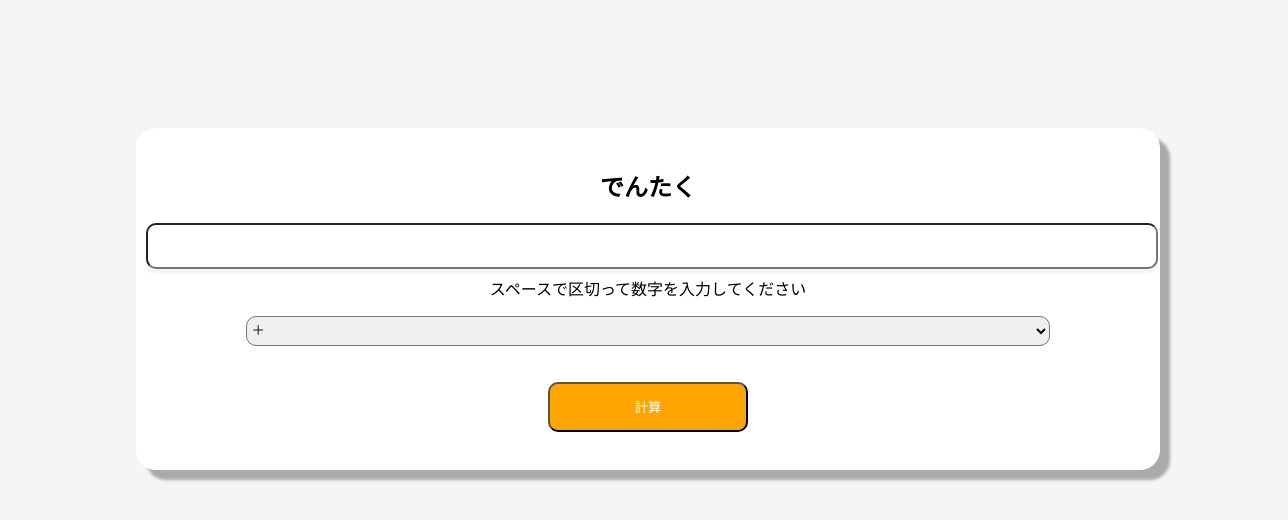
Repository: yuuukihara/test2
Page: http://localhost/dentaku2/
The author's editor kept a copy of each file at every save. The page is drawn from the files as they stood at one save, then again after the next save.
The browser window is 1280 px wide. The page is 1288 px wide, so the pictures cover 1288 px, including what lies to the right of the window. The pictures show the whole page.
The page is served by Tomcat 9.

Above is the page before, as saved 2018-09-10 06:00:23.

After the next save:
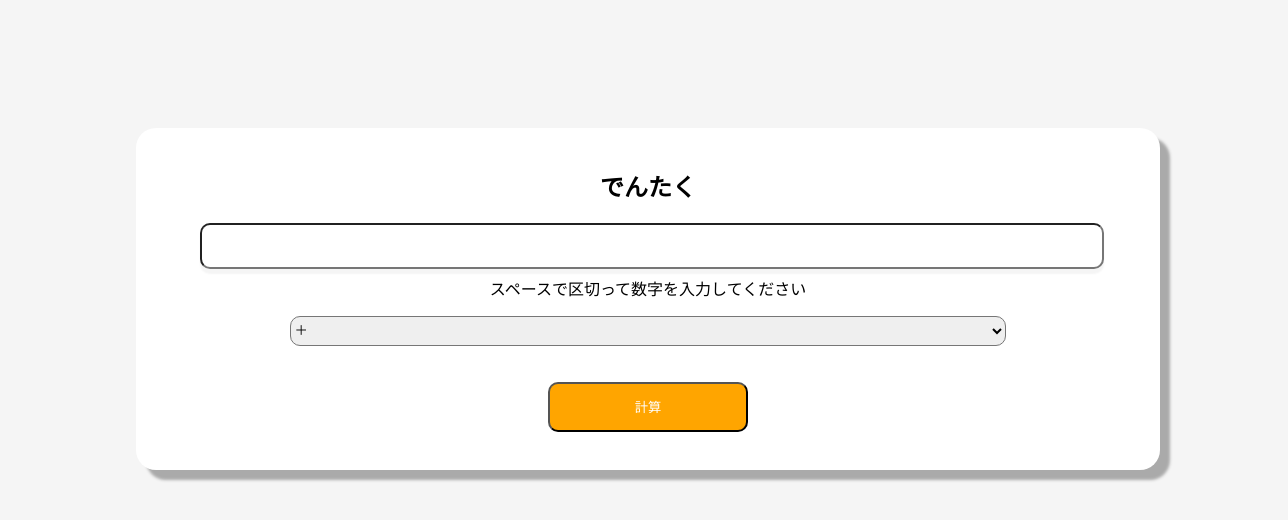
Saved 13 s later.
--- a/dentaku2/WebContent/css/Style.css
+++ b/dentaku2/WebContent/css/Style.css
@@ -9,7 +9,7 @@ body{
 	background-color:white;
 	text-align:center;
 	margin:10% 10%;
-	padding:20px 10px;
+	padding:20px 5%;
 	border-radius:20px;
 	box-shadow:10px 10px 3px #aaaaaa;
 
